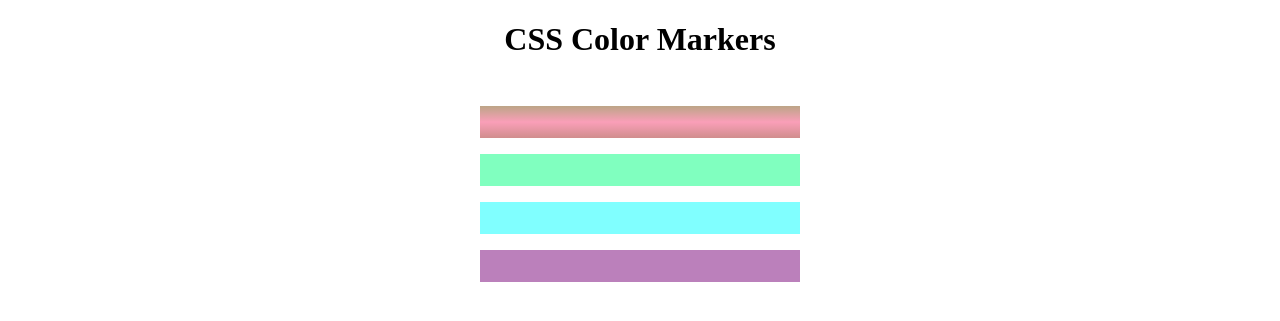
Repository: Lungdjos/color_markers
Page: index.html
An editor plug-in stored every save of this project. The page is shown before and after a run of saves, followed by the edit.
The browser window is 1280 px wide. The pictures show the whole page.

Above is the page before, as saved 2023-09-18 18:36:58.

After the next 4 saves:
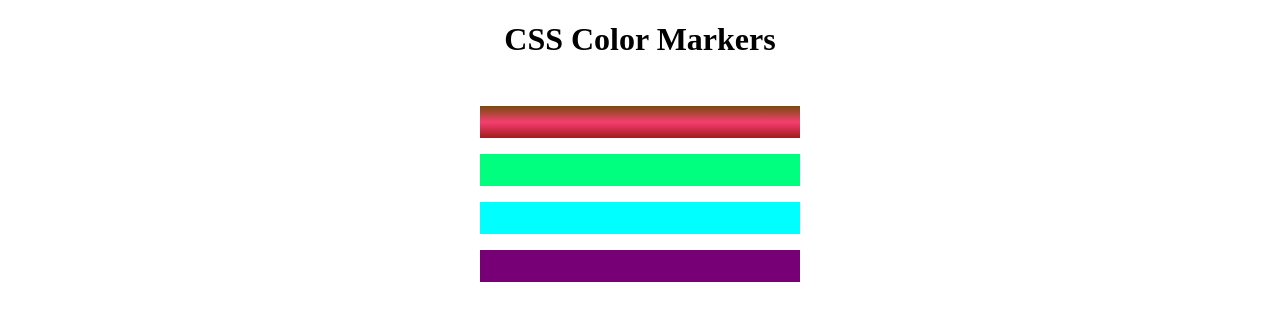
The 4 saves are shown as one change because they came seconds apart.
The last was saved 2 min 48 s later.
--- a/styles.css
+++ b/styles.css
@@ -36,6 +36,5 @@
 .sleeve {
     width: 320px;
     height: 32px;
-    background-color: white;
-    opacity: 0.5;
+    background-color: rgba(255, green, blue, alpha)
 }

After the 3 saves that followed:
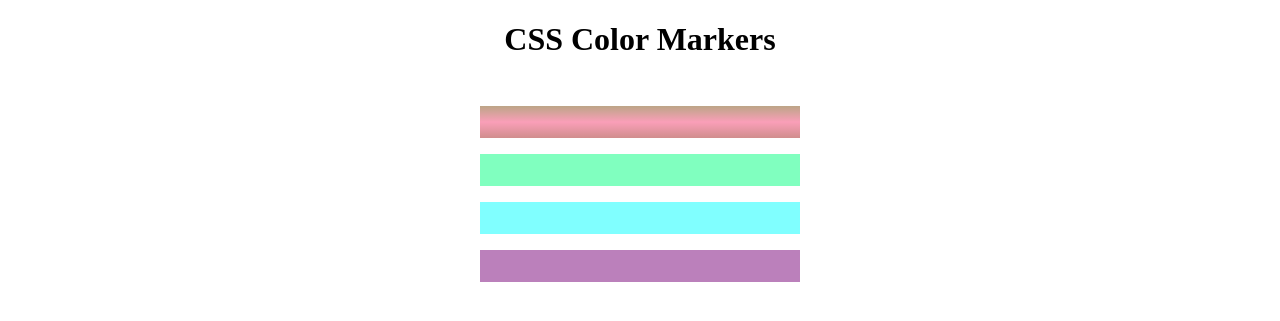
The 3 saves are shown as one change because 2 left the picture as it was.
The last was saved 27 s later.
--- a/styles.css
+++ b/styles.css
@@ -36,5 +36,5 @@
 .sleeve {
     width: 320px;
     height: 32px;
-    background-color: rgba(255, green, blue, alpha)
+    background-color: rgba(255, 255, 255, 0.5)
 }
